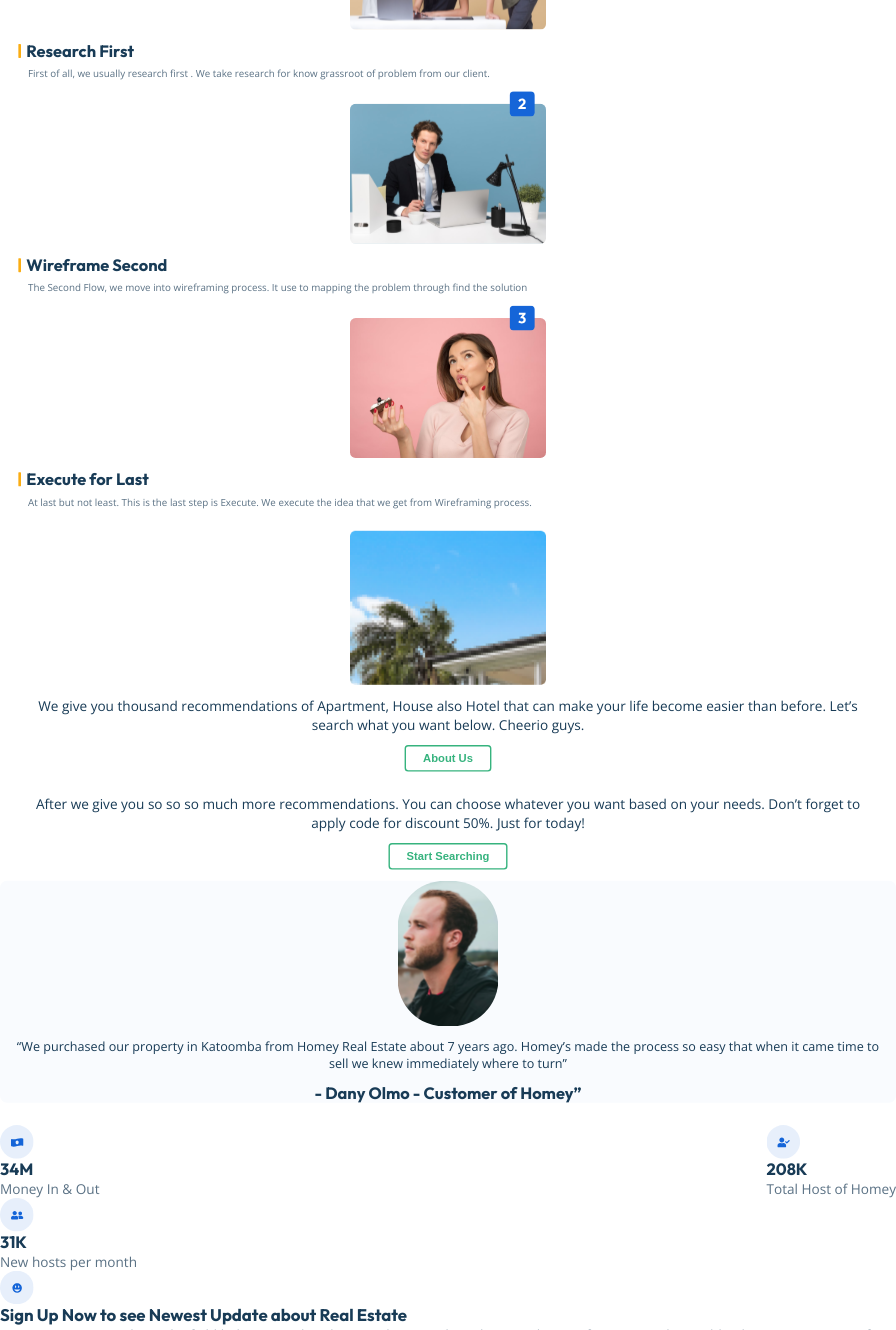
Repository: gustavoRichardt/prova-front
Page: index.html
An editor plug-in stored every save of this project. The page is shown before and after the next save, followed by the edit.
The browser window is 1280 px wide. The pictures show the part of the page from y = 2876 to 4776 px (the page is 5663 px tall), at 70% of full size.
A picture or video elsewhere on the page could not be fetched, so the positions and the page height are approximate.

Above is the page before, as saved 2026-09-01 14:59:52.

After the next save:
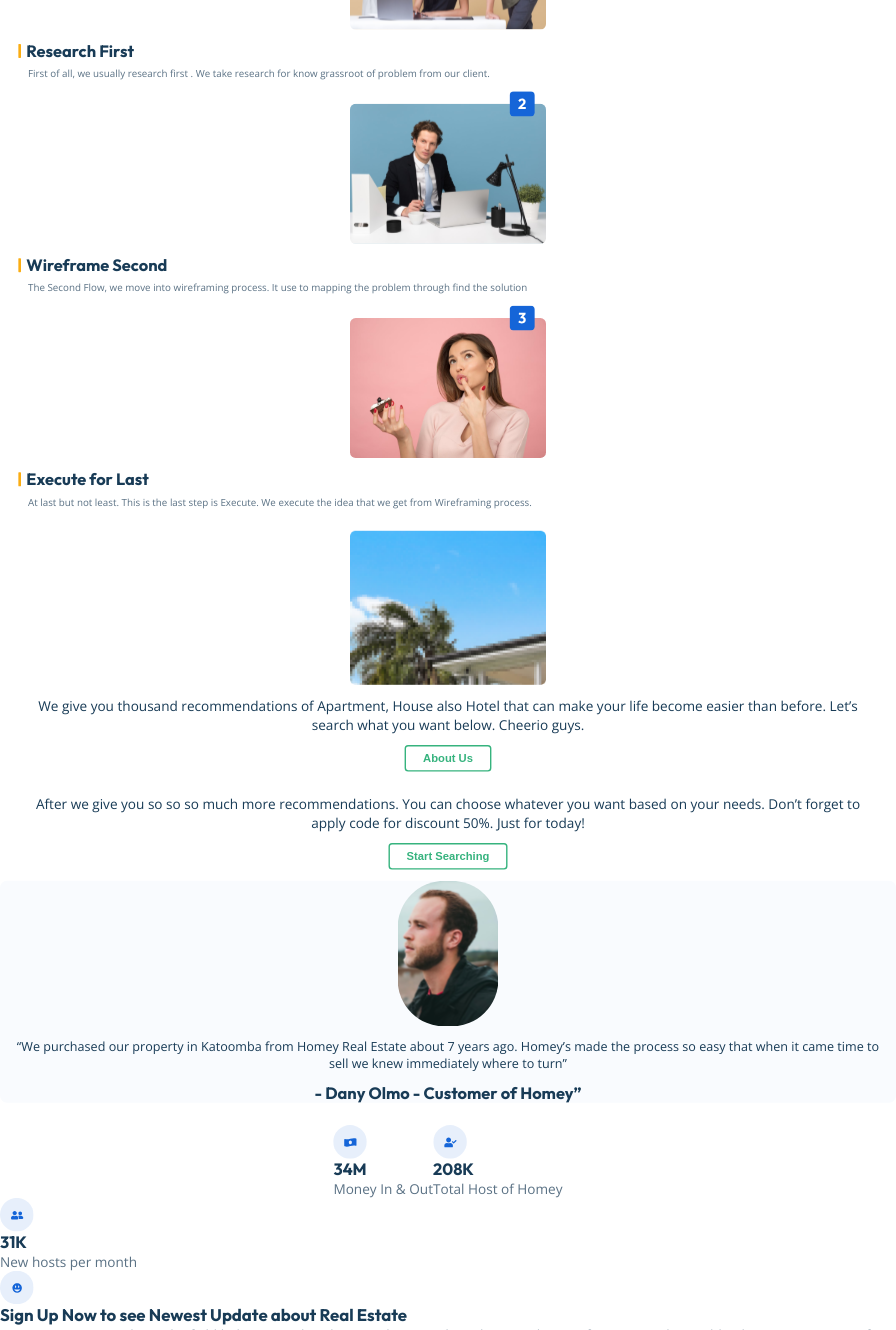
Saved 20 s later.
--- a/style.css
+++ b/style.css
@@ -426,5 +426,5 @@
 
 .conjunto-dados1 {
     display: flex;
-    justify-content: space-between;
-}
+    justify-content: center;
+}
